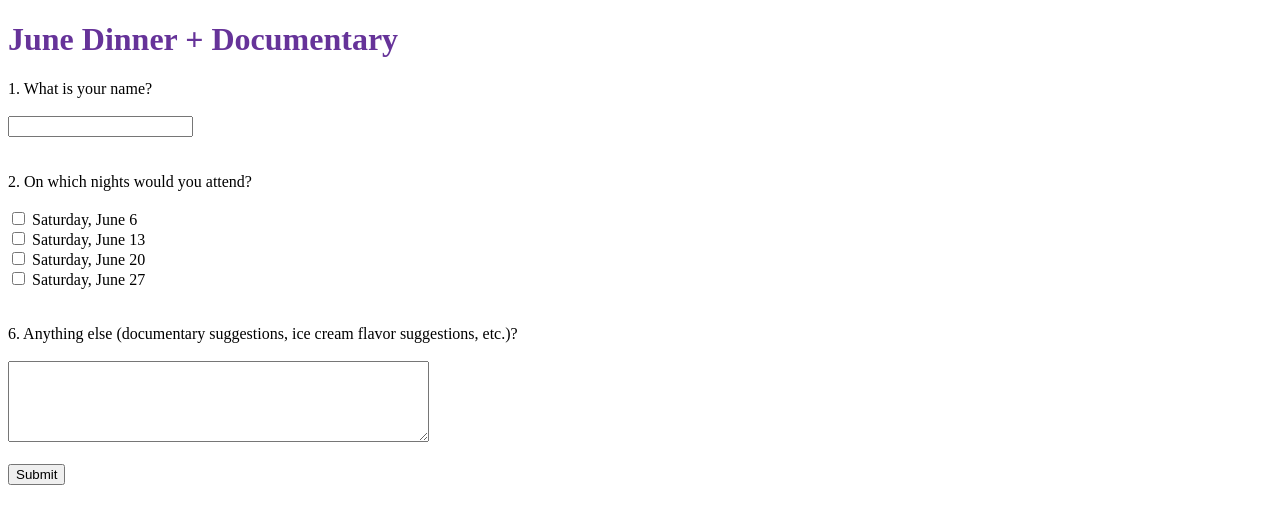
Repository: bhuhmann/event-survey
Page: survey.html
An editor plug-in stored every save of this project. The page is shown before and after the next save, followed by the edit.
The browser window is 1280 px wide. The pictures show the whole page.

Above is the page before, as saved 2020-04-01 16:48:43.

### survey.html
<!DOCTYPE html>
<html>

    <head>
        <title>June Dinner + Documentary</title>
        <link href="style.css" rel="stylesheet" type="text/css">
    </head>

    <body>
        <h1>June Dinner + Documentary</h1>
        <!--TODO: form needs an action="" something, but I don't know how this works yet-->
        <form method="GET">
            <!--TODO: consider if further data validation would be useful-->
            <!--TODO: can I make automatic numbering happen so that I can easily reorder/add/remove questions?-->
            <!--TODO: make question font larger than answer font-->
            <label for="name" class="question">1. What is your name?</label>
            <br>
            <br>
            <input id="name" type="text" name="name" required>
            <br>
            <br>
            <br>
            <span class="question">2. On which nights would you attend?</span>
            <br>
            <br>
            <!--TODO: consider what date value should be for proper input into database-->
            <input id="june-6" type="checkbox" name="dates" value="Saturday, June 6">
            <label for="june-6">Saturday, June 6</label>
            <br>
            <input id="june-13" type="checkbox" name="dates" value="Saturday, June 13">
            <label for="june-13">Saturday, June 13</label>
            <br>
            <input id="june-20" type="checkbox" name="dates" value="Saturday, June 20">
            <label for="june-20">Saturday, June 20</label>
            <br>
            <input id="june-27" type="checkbox" name="dates" value="Saturday, June 27">
            <label for="june-27">Saturday, June 27</label>
            <br>
            <br>
            <!--The idea for the ranked-choice options is to do a drag-and-drop implementation similar to what
            Survey Monkey has currently. Specifically, when a person drags and drops an item, the numbers of
            all the items get initially set. Similar to the current implementation, the idea is that people
            can also use a dropdown to select a specific rank for any particular item. However, we should have some
            check for / enforced agreement between manually set rank and drag-and-drop rank. Additionally,
            unlike the current Survey Monkey implementation, we should allow for ties (maybe?) and allow for
            unranked items. For the actual vote tallying, Kevin suggests Condorcet.-->
            <!--Please rank the films in order of preference. Maybe drag and drop, probably requires JS?-->
            <!--Please rank the main dishes in order of preference. Maybe drag and drop, probably requires JS?-->
            <!--Please rank the ice cream flavors in order of preference. Maybe drag and drop, probably requires JS?-->
            <br>
            <label for="anything" class="question">6. Anything else (documentary suggestions, ice cream flavor suggestions, etc.)?</label>
            <br>
            <br>
            <textarea id="anything" name="free-response" rows="5" cols="50"></textarea>
            <br>
            <br>
            <input type="submit">
        </form>
    </body>

</html>

### style.css
h1 {
    color: rebeccapurple;
}

.class {
    font-size: 16;
}

After the next save:
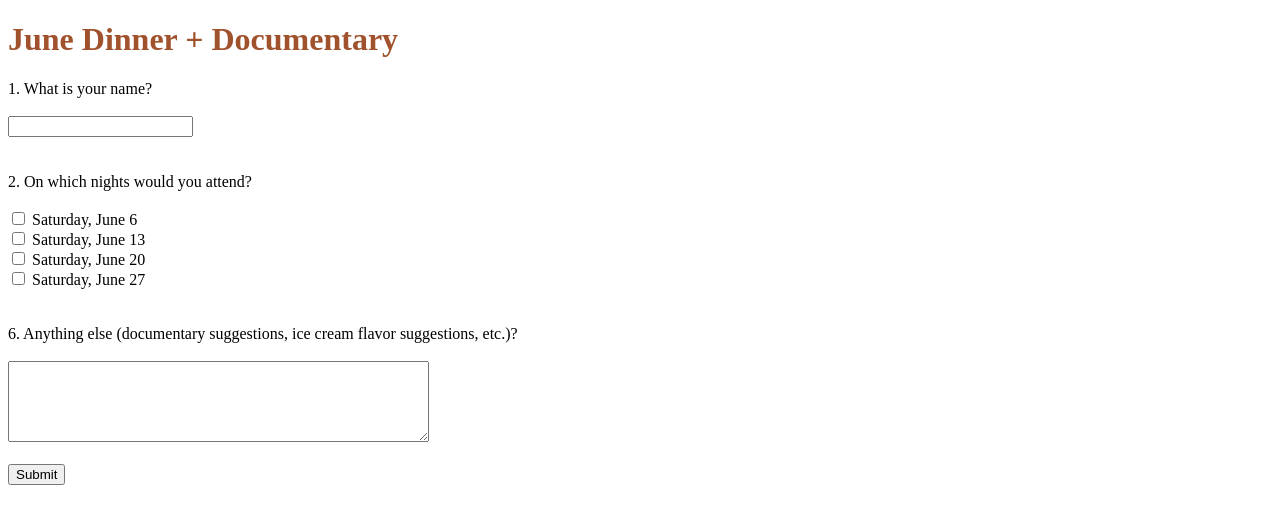
Saved 6 min 32 s later.
--- a/style.css
+++ b/style.css
@@ -1,7 +1,9 @@
 h1 {
-    color: rebeccapurple;
+    color: sienna;
+    font-fmaily: Arial;
 }
 
 .class {
-    font-size: 16;
+    font-family: Arial;
+    font-size: 24;
 }
